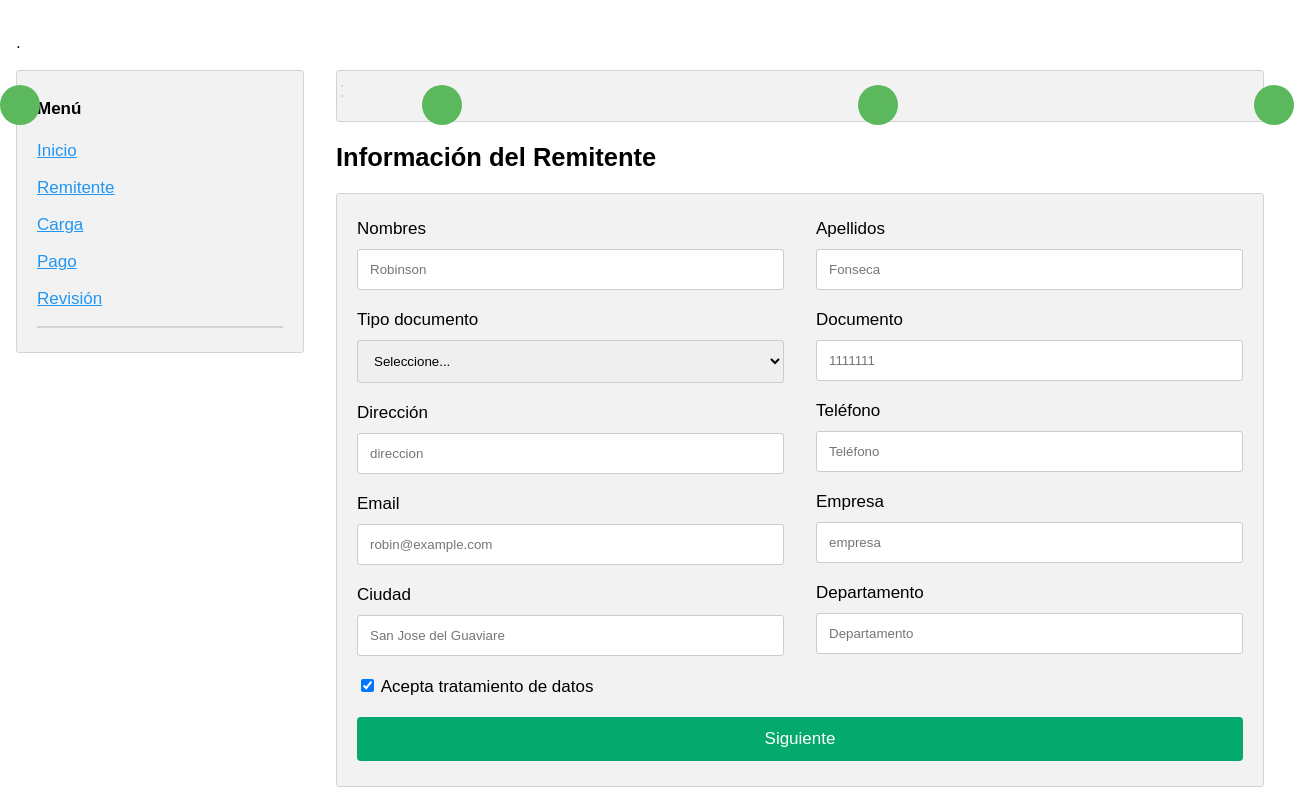
Repository: SennovaFluvial/Trasnfluvial
Page: appFluvial/templates/card1.html
An editor plug-in stored every save of this project. The page is shown before and after the next save, followed by the edit.
The browser window is 1280 px wide. The page is 1294 px wide, so the pictures cover 1294 px, including what lies to the right of the window. The pictures show the whole page.
Some web libraries are served in a nearby version. The template is drawn by Django 3.2. The application's start-up code is not run. The template is opened directly, without the code that normally fills it, so the values that code supplies are empty.

Above is the page before, as saved 2023-10-18 22:28:33.
Console error (its wording comes from the project's code and is left out).

After the next save:
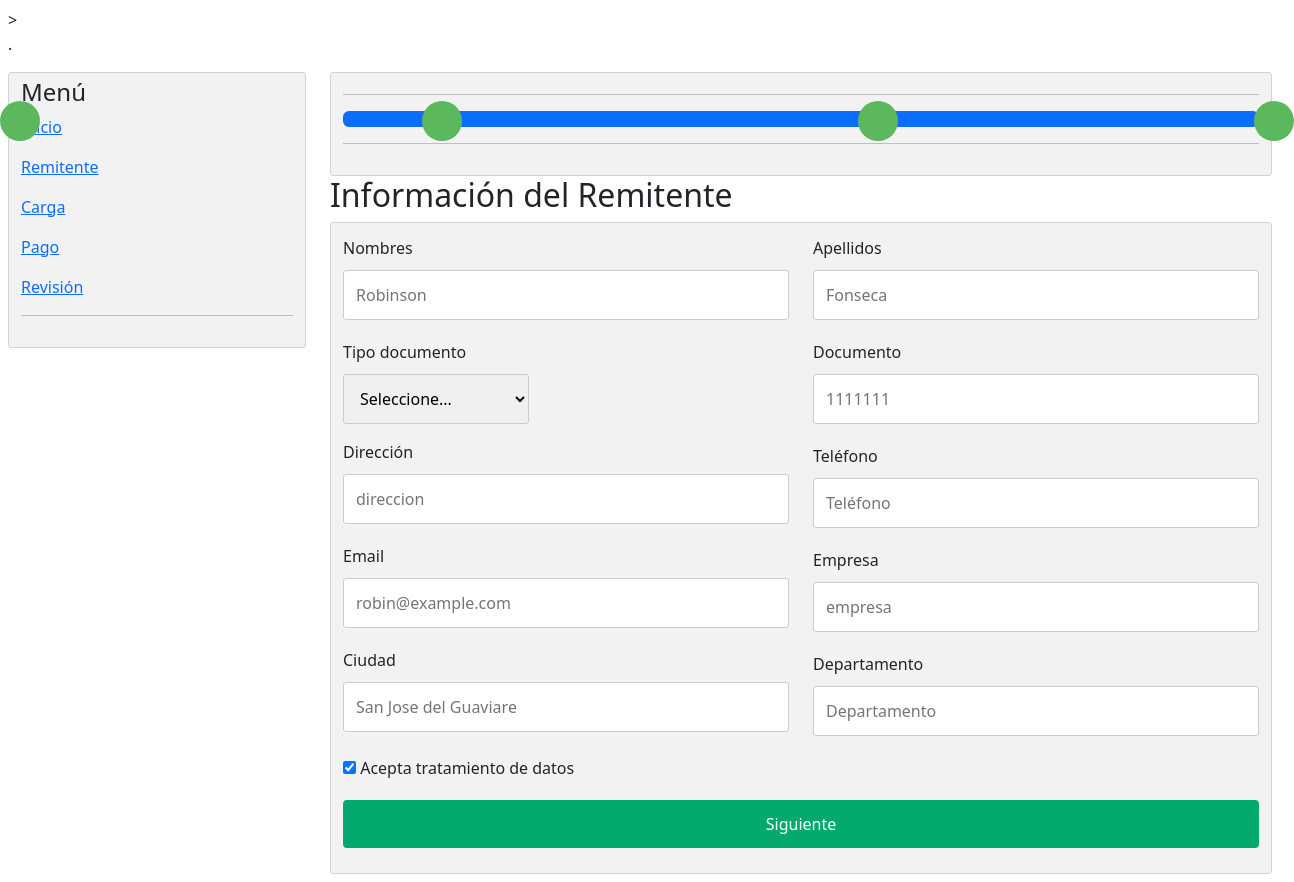
The error is gone.
Saved 9 min 2 s later.
--- a/appFluvial/templates/card1.html
+++ b/appFluvial/templates/card1.html
@@ -159,9 +159,9 @@ span.price {
 
 </style>
 
-
-<script src="//netdna.bootstrapcdn.com/bootstrap/3.2.0/js/bootstrap.min.js"></script>
-<script src="//code.jquery.com/jquery-1.11.1.min.js"></script>
+<link rel="stylesheet" href="https://cdn.jsdelivr.net/npm/bootstrap@5.2.3/dist/css/bootstrap.min.css" integrity="sha384-rbsA2VBKQhggwzxH7pPCaAqO46MgnOM80zW1RWuH61DGLwZJEdK2Kadq2F9CUG65" crossorigin="anonymous">
+<link href="https://cdn.jsdelivr.net/npm/bootstrap@5.3.2/dist/css/bootstrap.min.css" rel="stylesheet" integrity="sha384-T3c6CoIi6uLrA9TneNEoa7RxnatzjcDSCmG1MXxSR1GAsXEV/Dwwykc2MPK8M2HN" crossorigin="anonymous">
+<script src="https://cdn.jsdelivr.net/npm/bootstrap@5.2.3/dist/js/bootstrap.min.js" integrity="sha384-cuYeSxntonz0PPNlHhBs68uyIAVpIIOZZ5JqeqvYYIcEL727kskC66kF92t6Xl2V" crossorigin="anonymous"></script>>
 
 </head>
 <body>
